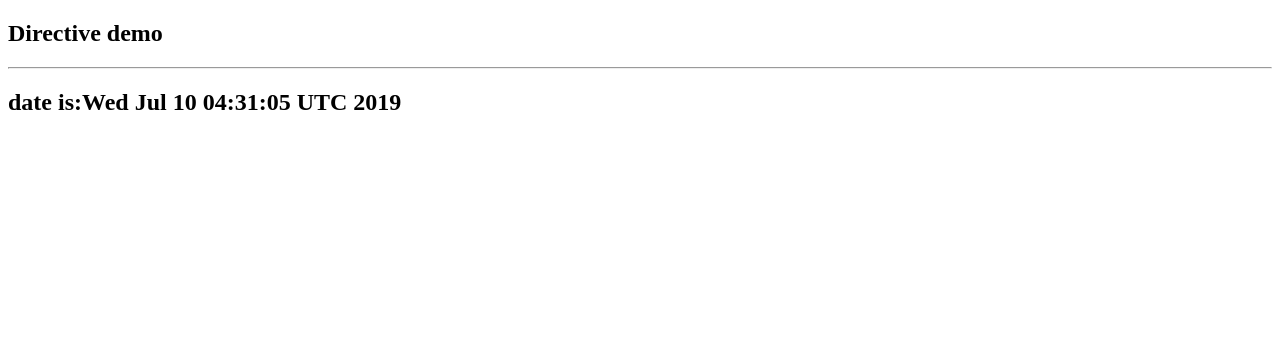
Repository: shounakmk219/training
Page: http://localhost/WebProject/DirevtiveDemo.jsp
The author's editor kept a copy of each file at every save. The page is drawn from the files as they stood at one save, then again after the next save.
The browser window is 1280 px wide. The pictures show the whole page.
The page is served by Tomcat 9. Other server files are loaded and not shown.

Above is the page before, as saved 2019-07-10 08:56:30.

### week2/WebProject/WebContent/DirevtiveDemo.jsp
<%@ page language="java" contentType="text/html; charset=ISO-8859-1"
    pageEncoding="ISO-8859-1"%>
<!DOCTYPE html>
<html>
<head>
<meta charset="ISO-8859-1">
<title>Directives</title>
</head>
<body>
	<h2>Directive demo</h2>
	<hr>
	<%@page import="java.util.Date" %>
	<h2>date is:<%= new Date() %></h2>
</body>
</html>

### week2/WebProject/WebContent/login.html
<!DOCTYPE html>
<html>
<head>
<meta charset="ISO-8859-1">
<title>Login Page</title>
<h1>Login</h1>
</head>
<body>
<form action="welcome" method="POST">
<h2>
	Username: <input type="text" name="uname"><br>
	Password: <input type="password" name="pwd"><br>
	<input type="submit" value="Login">
	<input type="reset" value="Reset">
</h2>
</form>
</body>
</html>

After the next save:
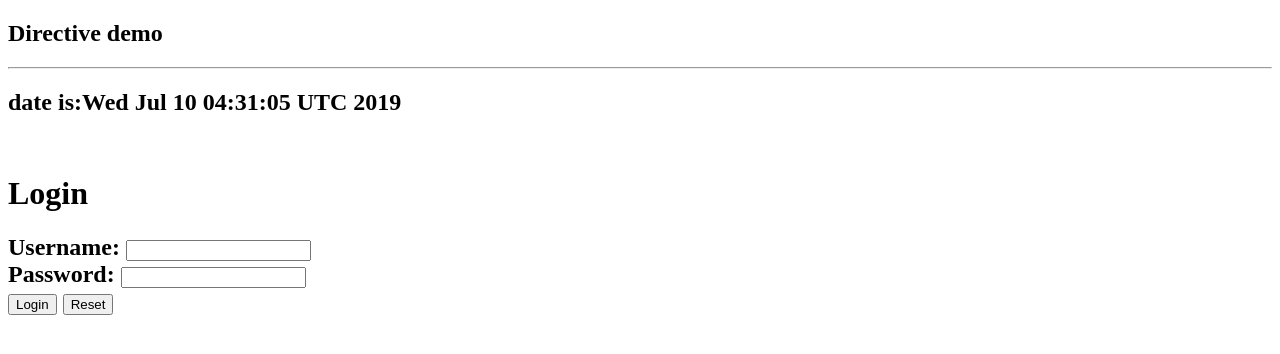
Saved 72 s later.
--- a/week2/WebProject/WebContent/DirevtiveDemo.jsp
+++ b/week2/WebProject/WebContent/DirevtiveDemo.jsp
@@ -10,6 +10,7 @@
 	<h2>Directive demo</h2>
 	<hr>
 	<%@page import="java.util.Date" %>
-	<h2>date is:<%= new Date() %></h2>
+	<h2>date is:<%= new Date() %></h2><br>
+	<%@ include file="login.html" %>
 </body>
 </html>
